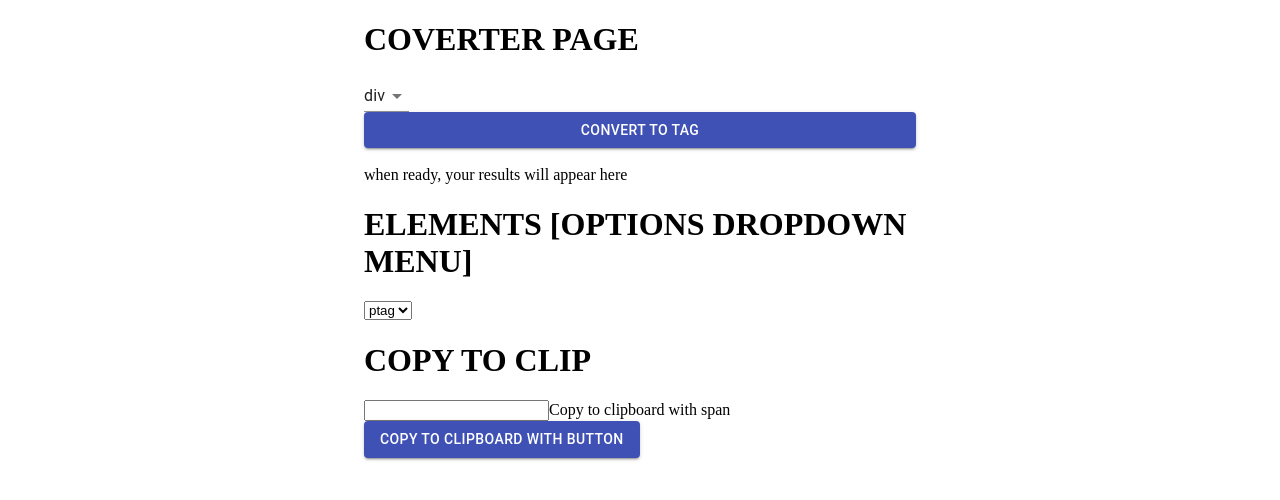
Repository: DevLuDaley/element-generator
Page: /
The author's editor kept a copy of each file at every save. The page is drawn from the files as they stood at one save, then again after the next save.
The browser window is 1280 px wide. The pictures show the whole page.
The project was rebuilt for these pictures with package versions that can differ from the ones it lists, and the page was loaded fresh each time. Also part of the build but not shown: webpack.config.js, src/components/optionsArray.js, src/components/ElementsData.js.

Above is the page before, as saved 2020-12-23 21:00:44.

### public/index.html
<!-- ! index.html -->
<!DOCTYPE html>
<html lang="en">
<head>
    <meta charset="UTF-8">

    <meta  name="viewport"
  content="minimum-scale=1, initial-scale=1, width=device-width">
  <link rel="stylesheet" href="https://fonts.googleapis.com/icon?family=Material+Icons" />
    <title>React Element Generator</title>
</head>
<body>
    <div id="root"></div>
    <noscript>
        Please enable Javascript to view this site.
    </noscript>
    <script src="../dist/bundle.js"></script>
</body>
</html>

### src/index.js

import { render } from 'react-dom'
import React from 'react';
import ReactDOM from 'react-dom';
import { Provider } from 'react-redux'
import { BrowserRouter as Router } from 'react-router-dom';
// import reportWebVitals from './reportWebVitals';

import configureStore from './store/configureStore';
import App from './App';

const store = configureStore()

// render(
ReactDOM.render(
  <Provider store={store}>
    <Router>
        <React.StrictMode>
            <App/>
        </React.StrictMode>
    </Router>
  </Provider>,
  document.getElementById('root')
);

// if (module.hot) {
//    module.hot.accept('../dist/print.js', function() {
//      console.log('GREAT JOB LU!');
//      printMe();
//    })
//  }

// If you want to start measuring performance in your app, pass a function
// to log results (for example: reportWebVitals(console.log))
// or send to an analytics endpoint. Learn more: https://bit.ly/CRA-vitals
// reportWebVitals();

### src/store/configureStore.js
// import { createStore, applyMiddleware, compose, combineReducers } from 'redux'
import thunk from 'redux-thunk'

import { applyMiddleware, compose, createStore } from 'redux'
import thunkMiddleware from 'redux-thunk'
import { composeWithDevTools } from 'redux-devtools-extension'
// import mealsReducer from './mealsReducer'
import monitorReducersEnhancer from '../enhancers/monitorReducer'
import loggerMiddleware from '../middleware/logger'
import rootReducer from '../reducers/reducer'

export default function configureStore(preloadedState) {
  const middlewares = [loggerMiddleware, thunkMiddleware]
//   const middlewares = [loggerMiddleware, thunk]
  const middlewareEnhancer = applyMiddleware(...middlewares)

  const enhancers = [middlewareEnhancer, monitorReducersEnhancer]
//   const composedEnhancers = compose(...enhancers)
  const composedEnhancers = composeWithDevTools(...enhancers)

  const store = createStore(rootReducer, preloadedState, composedEnhancers)

  if (process.env.NODE_ENV !== 'production' && module.hot) {
    module.hot.accept('../reducers/reducer', () => store.replaceReducer(rootReducer))
  }

  return store
}

### src/App.js
import React, { Fragment} from 'react'
import '../public/App.css'
import MainContainer from './containers/MainContainer'

const App = () => {
    return (
            <Fragment>
                <section className="App">
                </section>
                <MainContainer/>
            </Fragment>
           );
}
export default App;

### src/reducers/reducer.js
import { combineReducers } from 'redux';
import converterReducer from './converterReducer'

const rootReducer = combineReducers({
  converterReducer
})

export default rootReducer

### src/containers/MainContainer.js
import React from 'react'
import ConverterPage from '../components/ConverterPage'
const MainContainer = () => {
    return (
        <div>
            <ConverterPage/>
        </div>
    )
}

export default MainContainer

### src/reducers/converterReducer.js
const intialState = {elements: []}

export default function loadRecipesReducer(state = intialState, action) {
// debugger
    switch (action.type) {
        case 'LOAD_ELEMENT':
            // const baseQuery = action.payload["results"][0]
            const baseQuery = action.payload
        // console.log('🚀 ~ line 11 ~ recipesReducer ~ baseQuery', baseQuery);

            return {elements: baseQuery}

        // case 'ADD_ELEMENT':
        //     let newRecipe = action.payload
        //     return {...state.loadRecipes, loadRecipes: state.recipes.concat(newRecipe)}

        default:
            // return {...state}
            return state
    }

}

### src/components/ConverterPage.js
import React, { Fragment, useState, useEffect }from 'react'
import { Grid, Container, Box, FormControl, FormGroup, Modal, Input, InputLabel, Button, Checkbox, Select, MenuItem } from '@material-ui/core';

import Elements from '../components/Elements'
import ElementsData from './ElementsData'
import {optionsArray} from './optionsArray'
import {CopyToClipboard} from 'react-copy-to-clipboard';
import CopyToClip from './CopyToClip'


const ConverterPage = () => {
    var [name, setName] = useState("")
    var [confirmed, setConfirmed] = useState(false)
    const [type, setType] = useState('')
    const [value, setValue] = useState('')
    const [copied, setCopied] = useState(false)

    const handleChange = (e) => {
        e.preventDefault();
        setConfirmed(true)
        console.log('🚀 ~ file: ConverterPage.js ~ line 21 ~ onSubmit', "HANDLE CHANGE")
    }

    const handleSubmit = (e) => {
        e.preventDefault();
        setConfirmed(true)
        console.log('🚀 ~ file: ConverterPage.js ~ line 27 ~ onSubmit', "HANDLE SUBMIT")
    }

    return (
        <Fragment>
        <Container maxWidth="sm">
            <h1>COVERTER PAGE</h1>
        <div>
            <FormControl >
        {/* <InputLabel id="demo-simple-select-label">Element-Type</InputLabel> */}
        <Select
          labelId="demo-simple-select-label"
          id="demo-simple-select"
          value={optionsArray[0].value}
          onChange={handleSubmit}
        >
    { optionsArray ?
        optionsArray.map(option => <MenuItem value={option.value} >
            {option.key}
        </MenuItem>)
        : "null"
    }
        {console.log('🚀 ~ file: ConverterPage.js ~ line 45 ~ ConverterPage ~ option.id', optionsArray[0].index)}
        </Select>
      </FormControl>

            <FormGroup id='convert-to-element-form' onSubmit={handleSubmit}>



                {/* <Checkbox type="text" name="pTag"
                // onClick={e => setName(e.target.value)}
                onClick={e => console.log(e.target)}

                /> */}

              {/* <InputLabel> Enter text to be converted </InputLabel>
                <Input type="text" placeholder='enter text...' value={name} name="name" onChange={e => setName(e.target.value)}/> */}

                <Button onClick={handleSubmit} type="submit" variant="contained" color="primary">
                        Convert to Tag
                </Button>
              </FormGroup>

              {/* <Button variant="contained"
              color="primary"
              onClick={(e) => {console.log("value of e.target => ", e.target)}}
                            type="copy"> Copy Text to clipboard
              </Button> */}
              <br>
              </br>
              { confirmed ?
                    <section name={name}>
                    &lt;option&gt;
                    <br></br>
                    { name }
                    <br></br>
                    &lt;/option&gt;
                    </section>
                    :
                    <Box color="primary">
                    when ready, your results will appear here
                    </Box>
                           }
        </div>
        {/* </Box> */}
        <Elements/>
        <CopyToClip/>
        {/* <ElementsData/> */}
        {/* </Box> */}
        </Container>
        </Fragment>
    )
}


// const mapStateToProps = state => {
//     // console.log('state.loadRecipesReducer 1', state.loadRecipesReducer);
//     // console.log('state.loadRecipesReducer.loadedRecipes 2', state.loadRecipesReducer.loadedRecipes);
//     // const loadResults = state.loadRecipesReducer.loadedRecipes

//     // loadResults.map(load => load.title)
//     return(
//         {
//             // meals: state.loadRecipesReducer.meals,
//             name: state.name
//         }
//     )
// }

export default ConverterPage

### src/components/Elements.js
import React, {Fragment} from 'react'

const Elements = () => {
    const p = "&lt;"
    var pTags// = `&lt;/p&gt;`

    return (<Fragment>
    <h1>ELEMENTS [OPTIONS DROPDOWN MENU]</h1>

<select>
<option
    value="&lt;p&gt; &lt;/p&gt;"
>ptag
</option>

<option
value="&lt;H1&gt; &lt;/H1&gt;"
>H1
</option>

<option
value="&lt;H2&gt; &lt;/H2&gt;"
>H2
</option>

    &lt;H1&gt;
    &lt;/H1&gt;

    &lt;H2&gt;
    &lt;/H2&gt;

    &lt;H3&gt;
    &lt;/H3&gt;

    &lt;H4&gt;
    &lt;/H4&gt;

    &lt;H5&gt;
    &lt;/H5&gt;

    &lt;H6&gt;
    &lt;/H6&gt;
</select>

    {/* {p} */}

    </Fragment>)
}
export default Elements;

### src/components/CopyToClip.js
import React, { Fragment, Component, useState, useEffect }from 'react'
import Elements from './Elements'
import ElementsData from './ElementsData'
import {CopyToClipboard} from 'react-copy-to-clipboard';
import Button from '@material-ui/core/Button';


    class CopyToClip extends Component {
        constructor(props) {
            super(props);
            this.state = {
                name: "",
                confirmed:false,
                value:'',
                copied: false
              }
        }
        handleSubmit = (e) => {
        e.preventDefault();
        // setConfirmed(true)
        // console.log('🚀 ~ file: ConverterPage.js ~ line 8 ~ onSubmit', name)
    }
        render() {
            return(
    // const [] = setState([])
    <Fragment>
    <h1>COPY TO CLIP</h1>
            <div>
        <input value={this.state.value}
          onChange={({target: {value}}) => this.setState({value, copied: false})} />

        <CopyToClipboard text={this.state.value}
          onCopy={() => this.setState({copied: true})}>
          <span>Copy to clipboard with span</span>
        </CopyToClipboard>

        <CopyToClipboard text={this.state.value}
          onCopy={() => this.setState({copied: true})}>
          <Button variant="contained" color="primary">Copy to clipboard with button</Button>
        </CopyToClipboard>

        {this.state.copied ? <span style={{color: 'red'}}>Copied.</span> : null}
            </div>
        </Fragment>


        )
    }
}


// const mapStateToProps = state => {
//     // console.log('state.loadRecipesReducer 1', state.loadRecipesReducer);
//     // console.log('state.loadRecipesReducer.loadedRecipes 2', state.loadRecipesReducer.loadedRecipes);
//     // const loadResults = state.loadRecipesReducer.loadedRecipes

//     // loadResults.map(load => load.title)
//     return(
//         {
//             // meals: state.loadRecipesReducer.meals,
//             name: state.name
//         }
//     )
// }
export default CopyToClip

Loaded but not shown: src/enhancers/monitorReducer.js (common file); src/middleware/logger.js (common file); public/App.css (common file)

After the next save:
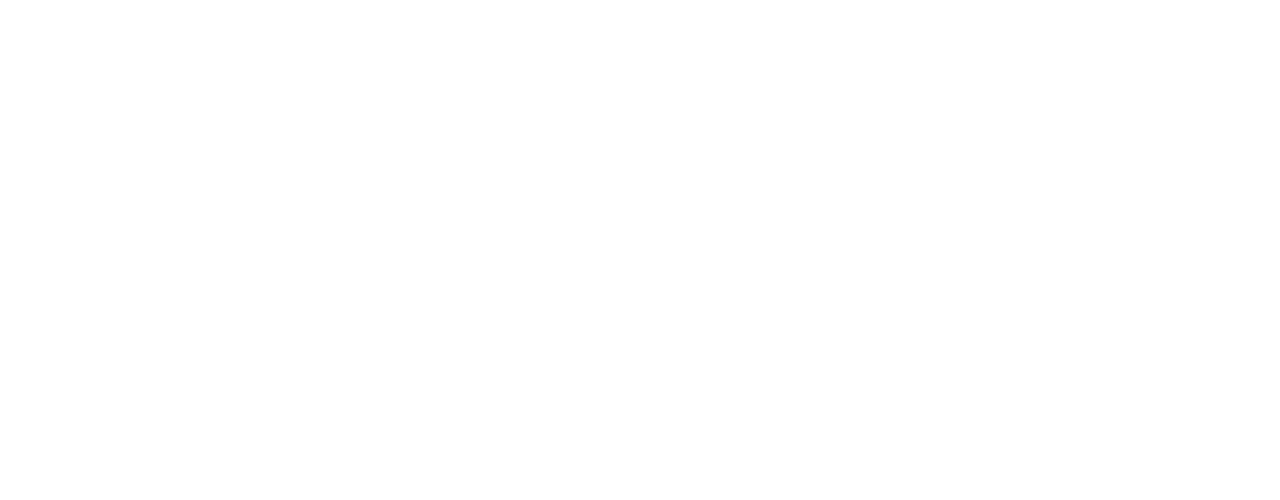
Console error: ReferenceError: math is not defined
Saved 32 s later.
--- a/src/components/ConverterPage.js
+++ b/src/components/ConverterPage.js
@@ -41,7 +41,7 @@
           onChange={handleSubmit}
         >
     { optionsArray ?
-        optionsArray.map(option => <MenuItem value={option.value} >
+        optionsArray.map(option => <MenuItem value={option.value} key={math.floor}>
             {option.key}
         </MenuItem>)
         : "null"

After the save that followed:
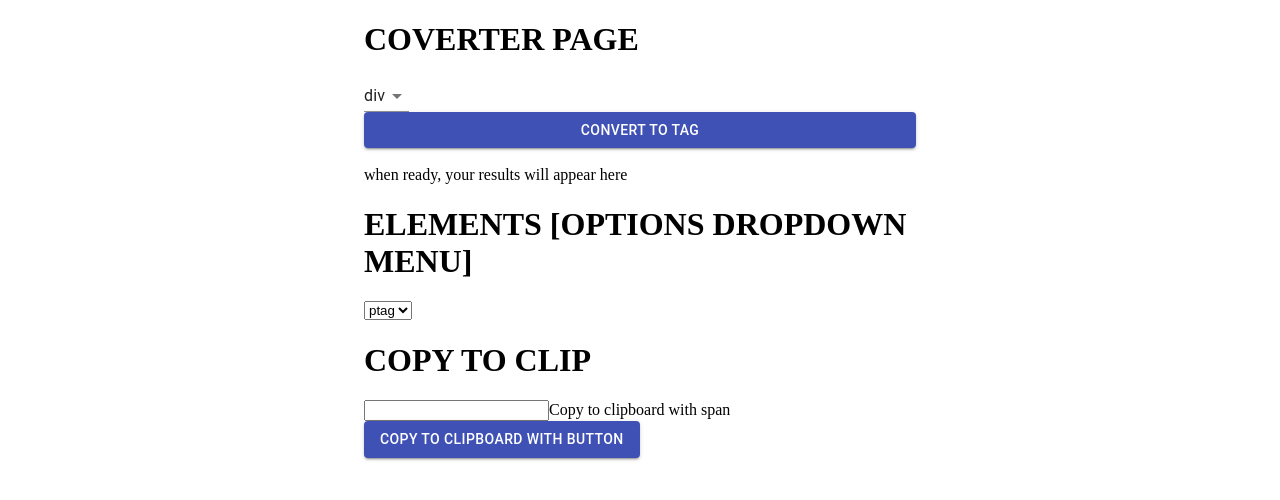
The error is gone.
Saved 15 s later.
--- a/src/components/ConverterPage.js
+++ b/src/components/ConverterPage.js
@@ -41,7 +41,7 @@
           onChange={handleSubmit}
         >
     { optionsArray ?
-        optionsArray.map(option => <MenuItem value={option.value} key={math.floor}>
+        optionsArray.map(option => <MenuItem value={option.value} key={Math.floor()}>
             {option.key}
         </MenuItem>)
         : "null"
